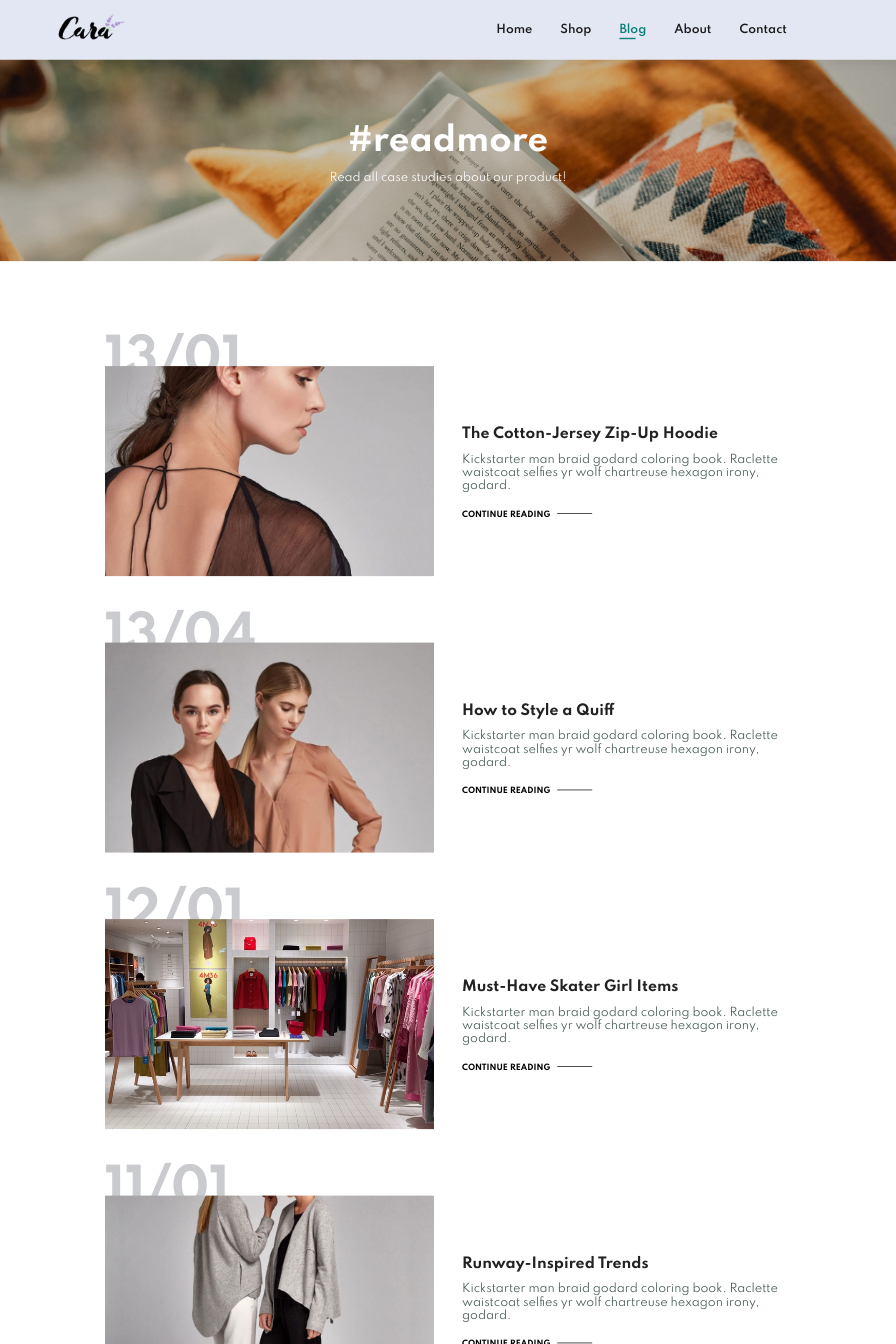
Repository: MinhNhatIT2901/Ecommerce
Page: blog.html
The author's editor kept a copy of each file at every save. The page is drawn from the files as they stood at one save, then again after the next save.
The browser window is 1280 px wide. The pictures show the part of the page from y = 0 to 1920 px (the page is 3250 px tall), at 70% of full size.
Some web libraries are served in a nearby version.

Above is the page before, as saved 2022-01-11 21:18:51.

### blog.html
<!DOCTYPE html>
<html lang="en">
<head>
    <meta charset="UTF-8">
    <meta http-equiv="X-UA-Compatible" content="IE=edge">
    <meta name="viewport" content="width=device-width, initial-scale=1.0">
    <title>Ecommerce</title>
    <link rel="stylesheet" href="https://pro.fontawesome.com/releases/v5.10.0/css/all.css" integrity="sha384-AYmEC3Yw5cVb3ZcuHtOA93w35dYTsvhLPVnYs9eStHfGJvOvKxVfELGroGkvsg+p" crossorigin="anonymous"/>
    <link rel="stylesheet" href="./styles/style.css">
</head>
<body>

    <section id="header">
        <a href="">
            <img src="imgs/img/logo.png" alt="" class="logo">
        </a>
        <div>
            <ul id="navbar">
                <li><a href="index.html">Home</a></li>
                <li><a href="shop.html">Shop</a></li>
                <li><a class="active" href="blog.html">Blog</a></li>
                <li><a href="about.html">About</a></li>
                <li><a href="contact.html">Contact</a></li>
                <li id="lg-bar"><a href="cart.html"><i class="far fa-shopping-bag"></i></a></li>
                <a href="#" id="close">
                    <i class="far fa-times"></i>
                </a>
            </ul>
        </div>
        <div id="mobile">
            <a href="cart.html"><i class="far fa-shopping-bag"></i></a>
            <i id="bar" class="fas fa-outdent"></i>
        </div>
    </section>

    <section id="page-header" class="blog-header">
        <h2>#readmore</h2>
        <p>Read all case studies about our product! </p>
    </section>

    <section id="blog">
        <div class="blog-box">
            <div class="blog-img">
                <img src="imgs/img/blog/b1.jpg" alt="">
            </div>
            <div class="blog-details">
                <h4>The Cotton-Jersey Zip-Up Hoodie</h4>
                <p>Kickstarter man braid godard coloring book. Raclette waistcoat selfies
                yr wolf chartreuse hexagon irony, godard.</p>
                <a href="#">CONTINUE READING</a>
            </div>
            <h1>13/01</h1>
        </div>
        <div class="blog-box">
            <div class="blog-img">
                <img src="imgs/img/blog/b2.jpg" alt="">
            </div>
            <div class="blog-details">
                <h4>How to Style a Quiff</h4>
                <p>Kickstarter man braid godard coloring book. Raclette waistcoat selfies
                yr wolf chartreuse hexagon irony, godard.</p>
                <a href="#">CONTINUE READING</a>
            </div>
            <h1>13/04</h1>
        </div>
        <div class="blog-box">
            <div class="blog-img">
                <img src="imgs/img/blog/b3.jpg" alt="">
            </div>
            <div class="blog-details">
                <h4>Must-Have Skater Girl Items</h4>
                <p>Kickstarter man braid godard coloring book. Raclette waistcoat selfies
                yr wolf chartreuse hexagon irony, godard.</p>
                <a href="#">CONTINUE READING</a>
            </div>
            <h1>12/01</h1>
        </div>
        <div class="blog-box">
            <div class="blog-img">
                <img src="imgs/img/blog/b4.jpg" alt="">
            </div>
            <div class="blog-details">
                <h4>Runway-Inspired Trends</h4>
                <p>Kickstarter man braid godard coloring book. Raclette waistcoat selfies
                yr wolf chartreuse hexagon irony, godard.</p>
                <a href="#">CONTINUE READING</a>
            </div>
            <h1>11/01</h1>
        </div>
        <div class="blog-box">
            <div class="blog-img">
                <img src="imgs/img/blog/b6.jpg" alt="">
            </div>
            <div class="blog-details">
                <h4>AW20 Menswear Trends</h4>
                <p>Kickstarter man braid godard coloring book. Raclette waistcoat selfies
                yr wolf chartreuse hexagon irony, godard.</p>
                <a href="#">CONTINUE READING</a>
            </div>
            <h1>13/01</h1>
        </div>
    </section>

    <section id="pagination" class="section-p1">
        <a href="#">1</a>
        <a href="#">2</a>
        <a href="#"><i class="fal fa-long-arrow-alt-right"></i></a>
    </section>

    <section id="newsletter" class="section-p1 section-m1">
        <div class="newstext">
            <h4>Sign Up For Newsletters</h4>
            <p>Get E-mail uppdates about our latest shop and <span>special offers</span></p>
        </div>
        <div class="form">
            <input type="text" placeholder="Your email address">
            <button class="normal">Sign Up</button>
        </div>
    </section>

    <footer class="section-p1">
        <div class="col">
            <img  class="logo" src="imgs/img/logo.png" alt="">
            <h4>Contact</h4>
            <p><strong>Address: </strong> 562 Wellington Road, Street 32, San Francisco</p>
            <p><strong>Phone:</strong> +01 2222 365 /(+91) e1 2345 6789</p>
            <p><strong>Hours:</strong> 10:00 - 18:00, Mon - Sat</p>
            <div class="follow">
                <h4>Follow us</h4>
                <div class="icon">
                    <i class="fab fa-facebook-f"></i>
                    <i class="fab fa-twitter"></i>
                    <i class="fab fa-instagram"></i>
                    <i class="fab fa-pinterest-p"></i>
                    <i class="fab fa-youtube"></i>
                </div>
            </div>
        </div>

        <div class="col">
            <h4>About</h4>
            <a href="#">About us</a>
            <a href="#">Delivery Information</a>
            <a href="#">Privacy Policy</a>
            <a href="#">Terms & Conditions</a>
            <a href="#">Contact Us</a>
        </div>

        <div class="col">
            <h4>My Account</h4>
            <a href="#">Sign In</a>
            <a href="#">View Cart</a>
            <a href="#">My Wishlist</a>
            <a href="#">Track My Order</a>
            <a href="#">Help</a>
        </div>

        <div class="col install">
            <h4>Install App</h4>
            <p>From App Store or Google Play</p>
            <div class="row">
                <img src="imgs/img/pay/app.jpg" alt="">
                <img src="imgs/img/pay/play.jpg" alt="">
            </div>
            <p>Secured Payment Gateways </p>
            <img src="imgs/img/pay/pay.png" alt="">
        </div>
    </footer>
    <div class="copyright">
        <p>® 2021, Tech2 etc HTML CSS Ecommerce Templatek</p>
    </div>
    <script src="./styles/style.js"></script>
</body>
</html>

### styles/style.css
@import url("https://fonts.googleapis.com/css2?family=Poppins:wght@400;500;600;700&family=Spartan:wght@400;500;600;700&display=swap");

:root {
  --primary-color: #088178;
}
* {
  padding: 0;
  margin: 0;
  box-sizing: border-box;
  font-family: "Spartan", sans-serif;
}

h1 {
  font-size: 50px;
  line-height: 64px;
  color: #222;
}

h2 {
  font-size: 46px;
  line-height: 54px;
  color: #222;
}

h4 {
  font-size: 20px;
  color: #222;
}

h6 {
  font-weight: 700;
  font-size: 12px;
}

p {
  font-size: 16px;
  color: #465b52;
  margin: 15px 0 20px 0;
}

.section-p1 {
  padding: 40px 80px;
}

.section-m1 {
  margin: 40px 0;
}

button.normal {
  font-size: 14px;
  font-weight: 600;
  padding: 15px 30px;
  color: #000;
  background-color: #fff;
  cursor: pointer;
  border-radius: 4px;
  outline: none;
  transition: 0.25s;
  border: none;
}

button.white {
  font-size: 13px;
  font-weight: 600;
  padding: 11px 18px;
  color: #fff;
  background-color: transparent;
  cursor: pointer;
  outline: none;
  transition: 0.25s;
  border: 1px solid #fff;
  transition: 0.25s ease;
}

body {
  width: 100%;
}

/* Header */
#header {
  display: flex;
  align-items: center;
  justify-content: space-between;
  padding: 20px 80px;
  background: #e3e6f3;
  box-shadow: 0 5px 15px rgba(0, 0, 0, 0.06);
  z-index: 100;
  position: sticky;
  top: 0;
  left: 0;
}

#navbar {
  display: flex;
  align-items: center;
  justify-content: center;
}

#navbar li {
  list-style: none;
  padding: 0 20px;
  position: relative;
}

#navbar li a {
  text-decoration: none;
  font-size: 16px;
  font-weight: 600;
  color: #1a1a1a;
  transition: 0.25s ease;
}

#navbar li a:hover,
#navbar li a.active {
  color: var(--primary-color);
}

#navbar li a.active::after,
#navbar li a:hover::after {
  content: "";
  width: 30%;
  height: 2px;
  position: absolute;
  bottom: -4px;
  left: 20px;
  background: var(--primary-color);
}

#mobile {
  display: none;
  align-items: center;
}

#close {
  display: none;
}

/* Page home */
#hero {
  background-image: url("/imgs/img/hero4.png");
  height: 90vh;
  width: 100%;
  background-position: top 25% right 0;
  background-size: cover;
  padding: 0 80px;
  display: flex;
  align-items: flex-start;
  justify-content: center;
  flex-direction: column;
}

#hero h4 {
  padding-bottom: 15px;
}

#hero h1 {
  color: var(--primary-color);
}

#hero button {
  background-image: url("imgs/img/button.png");
  background-color: transparent;
  color: var(--primary-color);
  border: 0;
  padding: 14px 80px 14px 65px;
  background-repeat: no-repeat;
  font-weight: 700;
  font-size: 15px;
}

#feature {
  display: flex;
  align-items: center;
  justify-content: space-between;
  flex-wrap: wrap;
}

#feature .fe-box {
  width: 180px;
  text-align: center;
  padding: 25px 15px;
  box-shadow: 20px 20px 34px rgba(0, 0, 0, 0.03);
  border: 1px solid #cce7d0;
  border-radius: 4px;
  margin: 15px 0;
}

#feature .fe-box:hover {
  box-shadow: 10px 10px 54px rgba(70, 62, 221, 0.1);
  cursor: pointer;
}

#feature .fe-box img {
  width: 100%;
  margin-bottom: 10px;
}

#feature .fe-box h6 {
  padding: 9px 8px 6px 8px;
  line-height: 1;
  border-radius: 4px;
  color: #088178;
  background-color: #fddde4;
}

#feature .fe-box:nth-child(2) h6 {
  background-color: #cdebbc;
}

#feature .fe-box:nth-child(3) h6 {
  background-color: #d1e8f2;
}

#feature .fe-box:nth-child(4) h6 {
  background-color: #cdd4f8;
}

#feature .fe-box:nth-child(5) h6 {
  background-color: #f6dbf6;
}

#feature .fe-box:nth-child(6) h6 {
  background-color: #fff2e5;
}

#product1 {
  text-align: center;
}

#product1 .pro-container {
  display: flex;
  justify-content: space-between;
  padding-top: 20px;
  flex-wrap: wrap;
}

#product1 .pro {
  width: 23%;
  min-width: 250px;
  padding: 10px 12px;
  border: 1px solid #cce7d0;
  border-radius: 25px;
  cursor: pointer;
  box-shadow: 20px 20px 30px rgba(0, 0, 0, 0.02);
  margin: 15px 0;
  transition: 0.25s ease-in;
  position: relative;
}

#product1 .pro:hover {
  box-shadow: 20px 20px 30px rgba(0, 0, 0, 0.06);
}

#product1 .pro img {
  width: 100%;
  border-radius: 20px;
}

#product1 .pro .des {
  text-align: start;
  padding: 10px 0;
}

#product1 .pro .des span {
  color: #606060;
  font-size: 12px;
}

#product1 .pro .des h5 {
  padding-top: 7px;
  color: #1a1a1a;
  font-size: 14px;
}

#product1 .pro .des i {
  font-size: 12px;
  color: rgb(243, 181, 25);
}

#product1 .pro .des h4 {
  padding-top: 17px;
  font-size: 15px;
  font-weight: 700;
  color: var(--primary-color);
}

#product1 .pro .cart {
  width: 40px;
  height: 40px;
  line-height: 40px;
  border-radius: 50px;
  background-color: #e8f6ea;
  color: var(--primary-color);
  border: 1px solid #cce7d0;
  right: 10px;
  position: absolute;
  bottom: 20px;
}

#banner {
  display: flex;
  flex-direction: column;
  justify-content: center;
  align-items: center;
  text-align: center;
  background-image: url("/imgs/img/banner/b2.jpg");
  width: 100%;
  height: 40vh;
  background-size: cover;
  background-position: center;
}

#banner h4 {
  color: #fff;
  font-size: 16px;
}

#banner h2 {
  color: #fff;
  font-size: 30px;
  padding: 10px 0;
}

#banner h2 span {
  color: #ef3636;
}

#banner button:hover {
  background-color: var(--primary-color);
  color: #fff;
}

#sm-banner {
  display: flex;
  justify-content: space-between;
  flex-wrap: wrap;
}

#sm-banner .banner-box {
  display: flex;
  flex-direction: column;
  justify-content: center;
  align-items: flex-start;
  background-image: url("/imgs/img/banner/b17.jpg");
  min-width: 660px;
  height: 50vh;
  background-size: cover;
  background-position: center;
  padding: 30px;
}

#sm-banner h4 {
  color: #fff;
  font-size: 30px;
  font-weight: 300;
}

#sm-banner h2 {
  color: #fff;
  font-size: 28px;
  font-weight: 800;
}

#sm-banner span {
  color: #fff;
  font-size: 16px;
  font-weight: 300;
  padding-bottom: 15px;
}

#sm-banner .banner-box:hover button {
  background: var(--primary-color);
  border: 1px solid var(--primary-color);
}

#sm-banner .banner-box2 {
  background-image: url("/imgs/img/banner/b10.jpg");
}

#banner3 {
  display: flex;
  justify-content: space-between;
  flex-wrap: wrap;
  padding: 0 80px;
}

#banner3 .banner-box {
  display: flex;
  flex-direction: column;
  justify-content: center;
  align-items: flex-start;
  background-image: url("/imgs/img/banner/b7.jpg");
  min-width: 30%;
  height: 30vh;
  background-size: cover;
  background-position: center;
  padding: 20px;
}

#banner3 h2 {
  color: #fff;
  font-weight: 900;
  font-size: 22px;
}

#banner3 h3 {
  color: red;
  font-weight: 800;
  font-size: 15px;
}

#banner3 .banner-box2 {
  background-image: url("/imgs/img/banner/b4.jpg");
}

#banner3 .banner-box3 {
  background-image: url("/imgs/img/banner/b18.jpg");
}

#newsletter {
  display: flex;
  justify-content: space-between;
  flex-wrap: wrap;
  text-align: center;
  background-image: url("/imgs/img/banner/b14.jpg");
  background-repeat: no-repeat;
  background-position: 20% 30%;
  background-color: #041e42;
}

#newsletter h4 {
  font-size: 22px;
  font-weight: 600;
  color: #fff;
}

#newsletter p {
  font-size: 22px;
  font-weight: 600;
  color: #818ea0;
}

#newsletter p span {
  color: #ffbd27;
}

#newsletter .form {
  display: flex;
  height: 3.123rem;
}

#newsletter input {
  padding: 0 1.25rem;
  font-size: 14px;
  border: 1px solid transparent;
  border-radius: 4px;
  outline: none;
  border-top-right-radius: 0;
  border-bottom-right-radius: 0;
}

#newsletter button {
  background-color: var(--primary-color);
  color: #fff;
  white-space: nowrap;
  border-top-left-radius: 0;
  border-bottom-left-radius: 0;
}

footer {
  display: flex;
  flex-wrap: wrap;
  justify-content: space-between;
}

footer .col {
  display: flex;
  flex-direction: column;
  align-items: flex-start;
  margin-bottom: 20px;
}

footer .logo {
  margin-bottom: 30px;
}

footer h4 {
  font-size: 14px;
  padding-bottom: 20px;
}

footer p {
  font-size: 13px;
  margin: 0 0 8px 0;
}

footer a {
  font-size: 13px;
  text-decoration: none;
  color: #222;
  margin-bottom: 10px;
}

footer .follow {
  margin-top: 20px;
}

footer .follow i {
  color: #465b52;
  padding-right: 4px;
  cursor: pointer;
}

footer .install .row img {
  border: 1px solid var(--primary-color);
  border-radius: 6px;
}

footer .install img {
  margin: 10px 0 15px 0;
}

footer .follow i:hover,
footer a:hover {
  color: var(--primary-color);
}

.copyright {
  text-align: center;
}

/* Shop */
#page-header {
  background-image: url("/imgs/img/banner/b1.jpg");
  width: 100%;
  height: 40vh;
  background-size: cover;
  display: flex;
  justify-content: center;
  align-items: center;
  text-align: center;
  flex-direction: column;
  padding: 14px;
}

#page-header h2,
#page-header p {
  color: #fff;
}

#pagination {
  text-align: center;
}

#pagination a {
  text-decoration: none;
  background-color: var(--primary-color);
  padding: 15px 20px;
  border-radius: 4px;
  font-weight: 600;
  color: #fff;
}

#pagination a i {
  font-size: 16px;
  font-weight: 600;
}

/* Single Product */
#prodetails {
  display: flex;
  margin-top: 20px;
}
#prodetails .single-pro-img {
  width: 40%;
  margin-right: 50px;
}

.small-img-group {
  display: flex;
  justify-content: space-between;
}

.small-img-col {
  flex-basis: 24%;
  cursor: pointer;
}

.single-pro-details {
  width: 50%;
  padding-top: 30px;
}

.single-pro-details h4 {
  padding: 40px 0 20px 0;
}

.single-pro-details h2 {
  font-size: 26px;
}

.single-pro-details select {
  display: block;
  padding: 5px 10px;
  margin-bottom: 10px;
}

.single-pro-details input {
  width: 50px;
  height: 47px;
  padding-left: 10px;
  font-size: 16px;
  margin-right: 10px;
}

.single-pro-details input:focus {
  outline: none;
}

.single-pro-details button {
  background: var(--primary-color);
  color: #fff;
}

.single-pro-details span {
  line-height: 25px;
}

/* Blog Page */
#page-header.blog-header {
  background-image: url("/imgs/img/banner/b19.jpg");
}

#blog {
  padding: 150px 150px 0 150px;
}

#blog .blog-box {
  position: relative;
  display: flex;
  align-items: center;
  width: 100%;
  padding-bottom: 90px;
}

#blog .blog-img {
  width: 50%;
  margin-right: 40px;
}

#blog img {
  width: 100%;
  height: 300px;
  object-fit: cover;
}

#blog .blog-details {
  width: 50%;
}

#blog .blog-details a {
  text-decoration: none;
  font-size: 11px;
  color: #000;
  font-weight: 700;
  position: relative;
  transition: 0.25 ease;
}

#blog .blog-details a::after {
  content: "";
  width: 50px;
  height: 1px;
  background-color: #000;
  position: absolute;
  top: 4px;
  right: -60px;
}

#blog .blog-details a:hover {
  color: var(--primary-color);
}

#blog .blog-details a:hover::after {
  background-color: var(--primary-color);
}

#blog .blog-box h1 {
  position: absolute;
  top: -40px;
  left: 0;
  font-size: 70px;
  font-weight: 700;
  z-index: -9;
  color: #c9cbce;
}

/* About Page */
#page-header.about-header {
  background-image: url("/imgs/img/about/banner.png");
}

#about-head {
  display: flex;
  align-items: center;
}

#about-head img {
  width: 50%;
  height: auto;
}

#about-head div {
  padding-left: 40px;
}

#about-head div p,
#about-head div abbr {
  line-height: 1.4;
}

#about-app {
  text-align: center;
}

#about-app .video {
  width: 70%;
  height: 100%;
  margin: 30px auto 0;
}

#about-app .video video {
  width: 100%;
  height: 100%;
  border-radius: 20px;
}

/* Reponsive Start Media */
@media (max-width: 799px) {
  .section-p1 {
    padding: 40px 40px;
  }
  #navbar {
    display: flex;
    flex-direction: column;
    align-items: flex-start;
    justify-content: flex-start;
    position: fixed;
    top: 0;
    right: -300px;
    height: 100vh;
    width: 300px;
    background-color: #e3e6f3;
    box-shadow: 0 40px 60px rgba(0, 0, 0, 0.02);
    padding: 80px 0 0 10px;
    transition: 0.25s ease;
  }

  #navbar.active {
    right: 0;
  }

  #navbar li {
    margin-bottom: 25px;
  }

  #mobile {
    display: flex;
    align-items: center;
  }

  #mobile i {
    color: #1a1a1a;
    font-size: 24px;
    padding-left: 20px;
  }

  #close {
    position: absolute;
    top: 30px;
    right: 30px;
    color: #222;
    font-size: 24px;
    display: initial;
  }

  #lg-bar {
    display: none;
  }

  #hero {
    height: 70vh;
    padding: 0 80px;
    display: flex;
    background-position: top 30% right 30%;
  }

  #feature {
    justify-content: center;
  }

  #feature .fe-box {
    margin: 15px;
  }

  #product1 .pro-container {
    justify-content: center;
  }

  #product1 .pro {
    margin: 15px;
  }

  #banner {
    height: 20vh;
  }

  #sm-banner .banner-box {
    min-width: 100%;
    height: 30vh;
  }

  #banner3 {
    padding: 0 40px;
  }

  #banner3 .banner-box {
    width: 28%;
  }

  #newsletter .form {
    width: 100%;
  }
}

@media (max-width: 477px) {
  .section-p1 {
    padding: 20px;
  }

  #header {
    padding: 10px 30px;
  }

  h1 {
    font-size: 38px;
  }

  h2 {
    font-size: 32px;
  }

  #hero {
    padding: 0 20px;
    background-position: 55%;
  }

  #feature {
    justify-content: space-between;
  }

  #feature .fe-box {
    width: 155px;
    margin: 0 0 15px 0;
  }

  #product1 .pro {
    width: 100%;
  }

  #banner {
    height: 40vh;
  }

  #sm-banner .banner-box {
    height: 40vh;
  }

  #sm-banner .banner-box2 {
    margin-top: 20px;
  }

  #banner3 {
    padding: 0 20px;
  }

  #banner3 .banner-box {
    width: 100%;
  }

  #newsletter {
    padding: 40px 20px;
  }

  #newsletter .form {
    width: 100%;
  }

  /* Single Product */
  #prodetails {
    display: flex;
    flex-direction: column;
  }
  #prodetails .single-pro-img {
    width: 100%;
    margin-right: 0px;
  }
  .single-pro-details {
    width: 100%;
  }

  /* Blog Page */
  #blog {
    padding: 100px 20px 0 20px;
  }

  #blog .blog-box {
    display: flex;
    flex-direction: column;
    align-items: flex-start;
  }

  #blog .blog-img {
    width: 100%;
    margin-bottom: 30px;
  }

  #blog .blog-details {
    width: 100%;
  }

  /* About Page */
  #about-head {
    flex-direction: column;
  }

  #about-head img {
    width: 100%;
  }
}

### styles/style.js
const bar = document.getElementById('bar')
const nav = document.getElementById('navbar')
const cl = document.getElementById('close')

if (bar) {
    bar.addEventListener('click', () => {
        nav.classList.add('active')
    })
}

if (cl) {
    cl.addEventListener('click', () => {
        nav.classList.remove('active')
    })
}

After the next save:
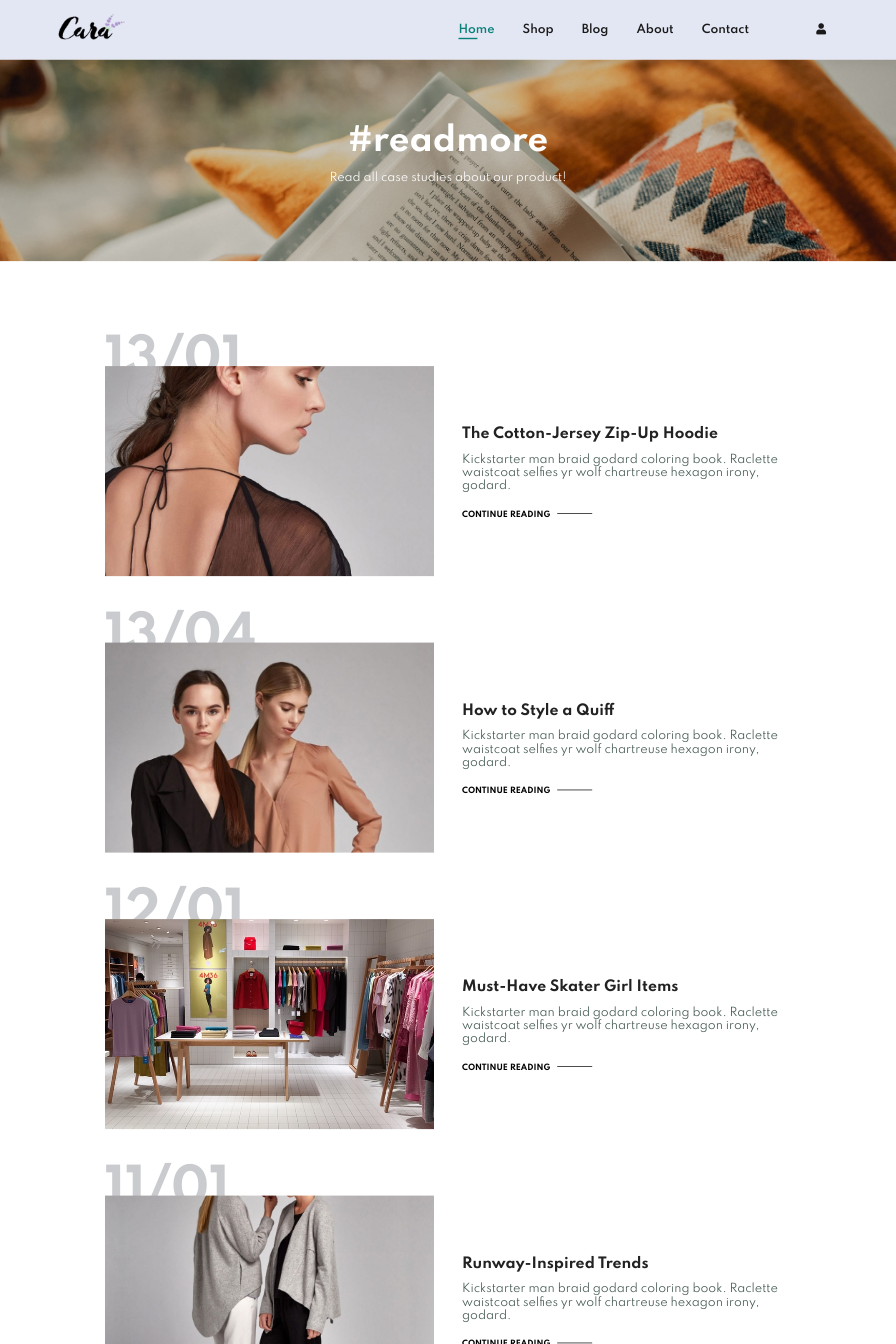
Saved 13 s later.
--- a/blog.html
+++ b/blog.html
@@ -12,16 +12,17 @@
 
     <section id="header">
         <a href="">
-            <img src="imgs/img/logo.png" alt="" class="logo">
+            <img src="./imgs/img/logo.png" alt="" class="logo">
         </a>
         <div>
             <ul id="navbar">
-                <li><a href="index.html">Home</a></li>
+                <li><a class="active" href="index.html">Home</a></li>
                 <li><a href="shop.html">Shop</a></li>
-                <li><a class="active" href="blog.html">Blog</a></li>
+                <li><a href="blog.html">Blog</a></li>
                 <li><a href="about.html">About</a></li>
                 <li><a href="contact.html">Contact</a></li>
                 <li id="lg-bar"><a href="cart.html"><i class="far fa-shopping-bag"></i></a></li>
+                <li><a href="login.html"><i class="fas fa-user"></i></a></li>
                 <a href="#" id="close">
                     <i class="far fa-times"></i>
                 </a>
